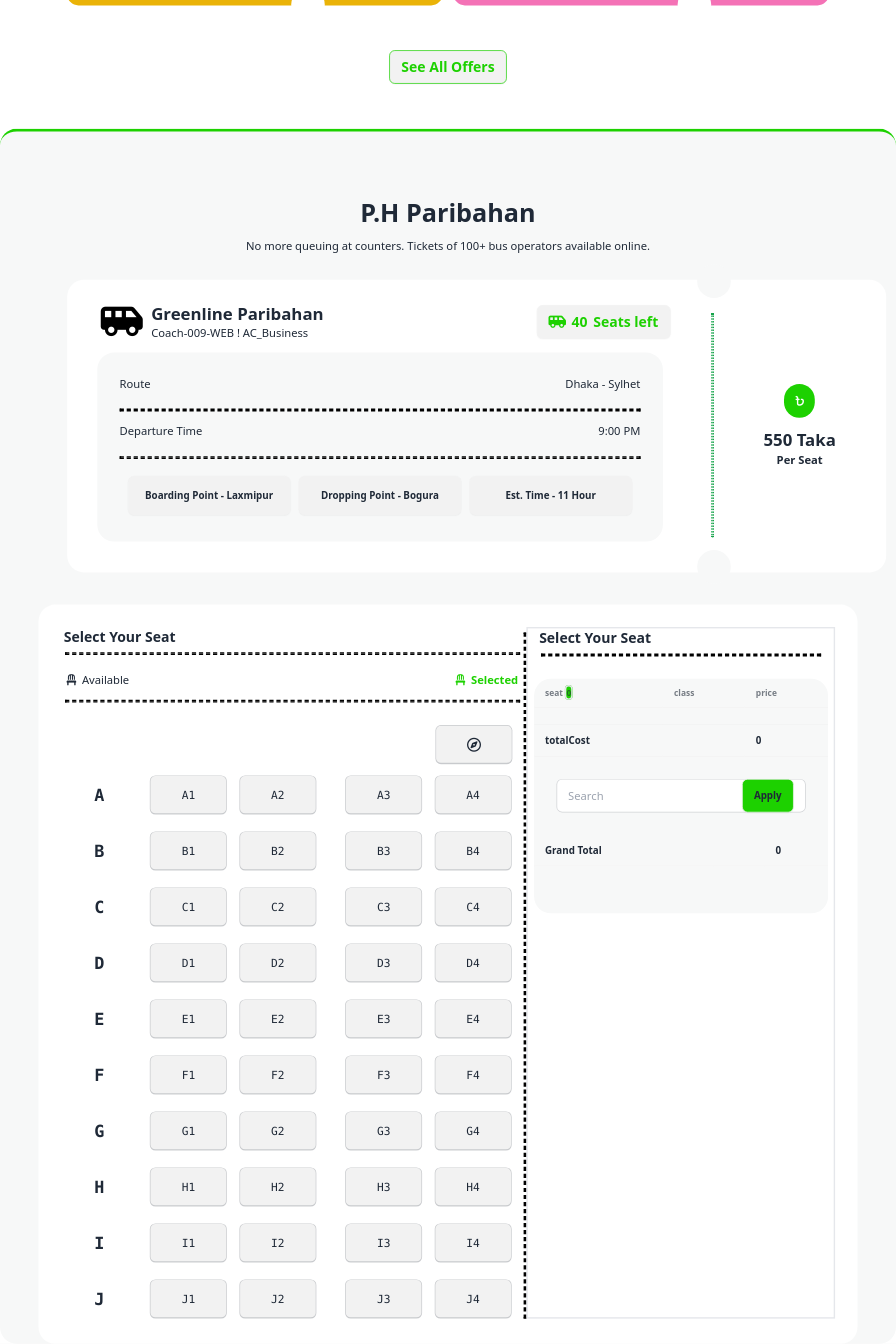
Repository: RudrasahaDibos/Smart-ticketing
Page: index.html
An editor plug-in stored every save of this project. The page is shown before and after a run of saves, followed by the edit.
The browser window is 1280 px wide. The pictures show the part of the page from y = 1134 to 3054 px (the page is 3054 px tall), at 70% of full size.
Some web fonts or font styles are not loaded; a fallback is used. Some web libraries are served in a nearby version.

Above is the page before, as saved 2024-11-10 16:07:43.

After the next 2 saves:
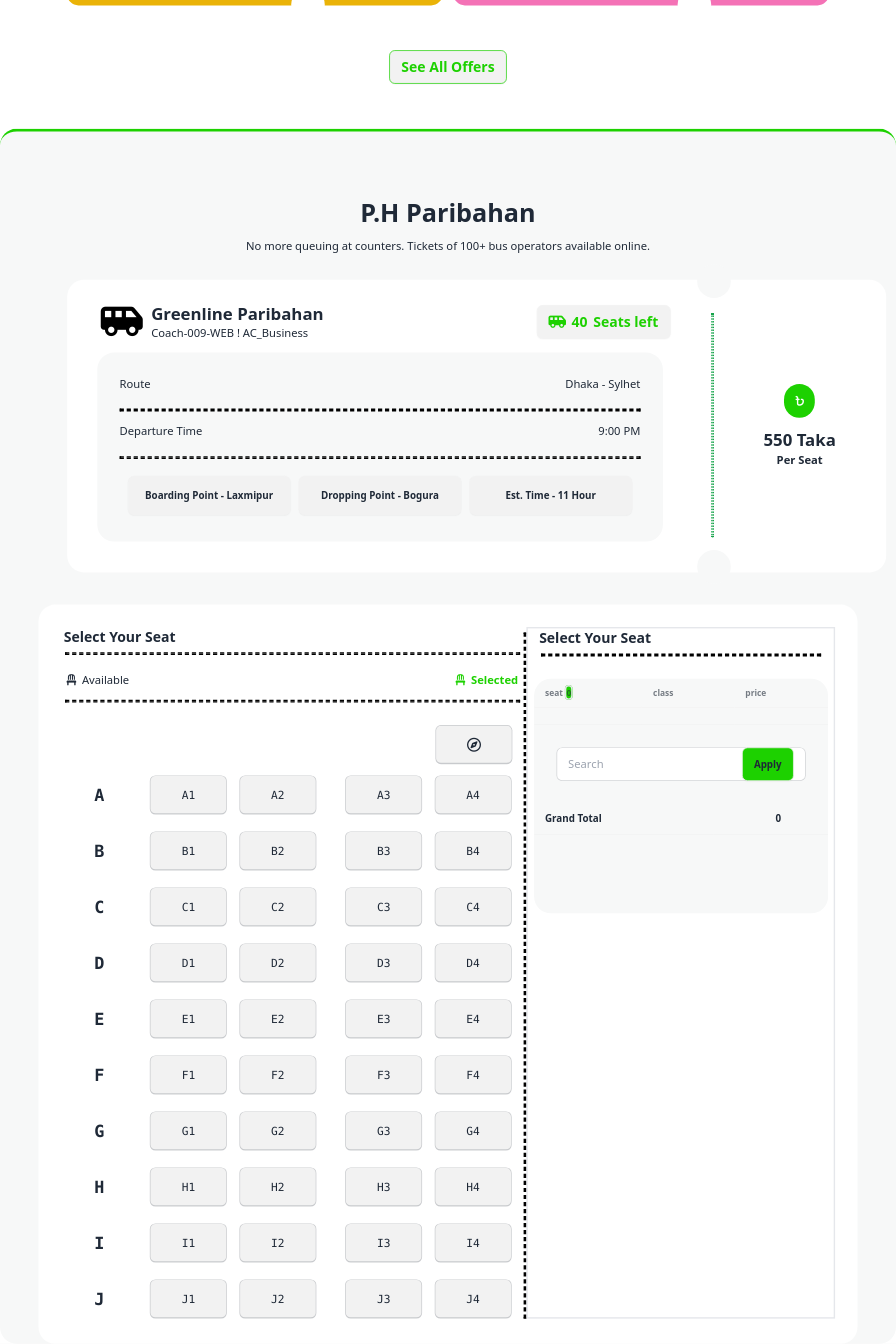
The 2 saves are shown as one change because they came seconds apart.
The last was saved 35 s later.
--- a/index.html
+++ b/index.html
@@ -457,15 +457,12 @@
                         </tr>
 
                       </tbody>
-                      <tr>
-
-                        <th> totalCost</th>
-                        <th></th>
-                        <th>0</th>
-                      </tr>
+
 
 
                     </table>
+
+
 
                    <div class="p-8">
                     <label class="input input-bordered flex items-center gap-2">
